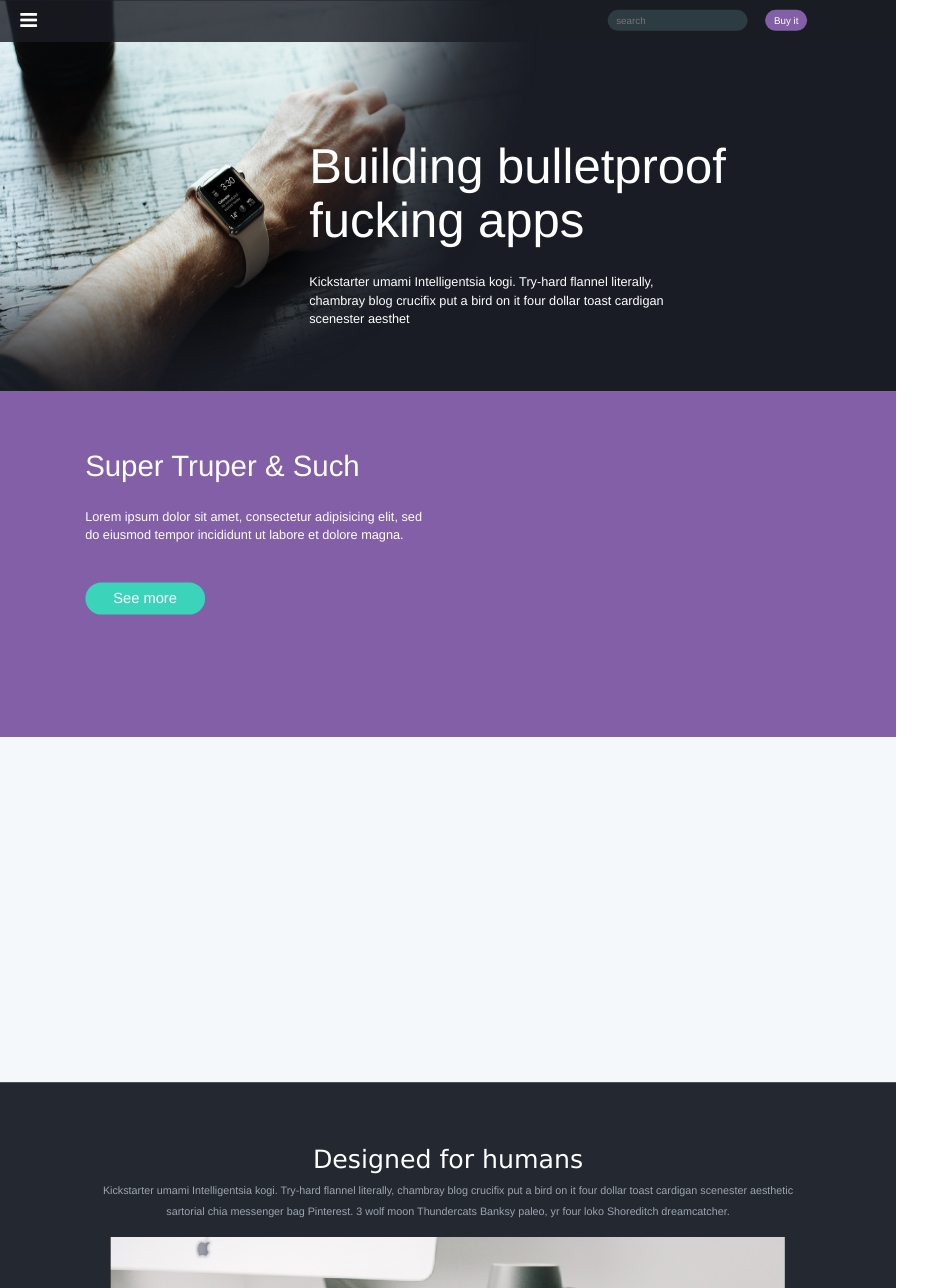
Repository: KatarzynaOwczarska/Tork
Page: Tork/WebContent/index.html
An editor plug-in stored every save of this project. The page is shown before and after the next save, followed by the edit.
The browser window is 1280 px wide. The page is 1321 px wide, so the pictures cover 1321 px, including what lies to the right of the window. The pictures show the part of the page from y = 0 to 1840 px (the page is 4689 px tall), at 70% of full size.
Backgrounds fixed to the window are drawn as part of the page.

Above is the page before, as saved 2017-02-06 13:43:27.

### Tork/WebContent/index.html
<!DOCTYPE html>
<html>
<head>
	<meta charset="UTF-8">
	<title>Tork</title>
	<link rel="stylesheet" type="text/css" href="./css/bootstrap.min.css">
	<link rel="stylesheet" type="text/css" href="./css/style.css">
	<link rel="stylesheet" href="./css/font-awesome.min.css">
	<link rel="stylesheet" href="./css/animate.css" type="text/css">
	<script src="./js/jquery-3.1.1.min.js"></script>
	<script src="./js/bootstrap.min.js"></script>
	<script src="./js/jquery.viewportchecker.min.js"></script>
	<script src="./js/scrollreveal.min.js"></script>
</head>
<body>
<div class="container-fluid">
	<div class="row">
		<div id="zegarek" class="col-xs-12" >
				<header>
					<div id="przesun" class="col-xs-1">
						<span id="nav" class="fa fa-bars fa-2x" aria-hidden="true"></span>
					</div>
					<div class="col-xs-offset-1 col-xs-9 col-lg-offset-7 col-lg-3">
						<input id="search" type="search" placeholder="search">
						<button id="buy-it">Buy it</button>
					</div>
				</header>
			<div class="col-xs-12 col-sm-offset-4 col-sm-6">
				<h1 id="naglowek"> Building bulletproof <br>fucking apps</h1>
				<p id="napis"><br>Kickstarter umami Intelligentsia kogi. Try-hard flannel literally, chambray blog crucifix put a bird on it four dollar toast cardigan scenester aesthet</p>
			</div>
			<div data-animate="bounceInDown"id="telefon" class="col-md-offset-6 col-md-6 hidden-xs hidden-sm">
				<img src="./telefon.png" height="550" width="430">
			</div>
		</div>
	</div>
	<div id=fiolet class="row">
			<div  id="super" class="col-md-5 col-md-offset-1 col-xs-offset-2 col-xs-8">
				<h2 id="super-truper">Super Truper & Such</h2>
				<p id="napis2"><br>Lorem ipsum dolor sit amet, consectetur adipisicing elit, sed do eiusmod tempor incididunt ut labore et dolore magna.</p>
				<button id="przycisk">See more</button>
			</div>
	</div>
	<div id="trzy-kolumny" class="row">
			<div data-animate="fadeIn" class="col-xs-10 col-xs-offset-1">
				<div class="col-xs-12 col-md-4">
					<h2 id="design-features">Design & Features</h2>
					<br>
					<p id="design-features-p">Flannel ennui narwhal, craft beer twee Vice plaid authentic synth.</p>
					<br>
					<p id="miedzy-liniami">Kickstarter umami Intelligentsia kogi. Try-hard flannel literally, chambray blog crucifix put a bird on it four dollar toast cardigan scenester aesthetic sartorial chia messenger bag Pinterest.</p>
					<br>
					<button id="przycisk">See more</button>
				</div>
				<div class="col-xs-12 col-md-4">
					<h2 id="design-features">Design & Features</h2>
					<br>
					<p id="design-features-p">Flannel ennui narwhal, craft beer twee Vice plaid authentic synth.</p>
					<br>
					<p id="miedzy-liniami">Kickstarter umami Intelligentsia kogi. Try-hard flannel literally, chambray blog crucifix put a bird on it four dollar toast cardigan scenester aesthetic sartorial chia messenger bag Pinterest.</p>
					<br>
					<button id="przycisk">See more</button>
				</div>
				<div class="col-xs-12 col-md-4">
					<h2 id="design-features">Design & Features</h2>
					<br>
					<p id="design-features-p">Flannel ennui narwhal, craft beer twee Vice plaid authentic synth.</p>
					<br>
					<p id="miedzy-liniami">Kickstarter umami Intelligentsia kogi. Try-hard flannel literally, chambray blog crucifix put a bird on it four dollar toast cardigan scenester aesthetic sartorial chia messenger bag Pinterest.</p>
					<br>
					<button id="przycisk">See more</button>
				</div>
			</div>
	</div>
	<div id="czarny" class="row">
			<div class="col-xs-offset-1 col-xs-10">
				<h1 id="for-humans">Designed for humans</h1>
				<p id="wysrodkowany">Kickstarter umami Intelligentsia kogi. Try-hard flannel literally, chambray blog crucifix put a bird on it four dollar toast cardigan scenester aesthetic sartorial chia messenger bag Pinterest. 3 wolf moon Thundercats Banksy paleo, yr four loko Shoreditch dreamcatcher.</p>
				<div id="myCarousel" class="carousel slide" data-ride="carousel">
	 				<ol class="carousel-indicators">
					    <li data-target="#myCarousel" data-slide-to="0" class="active"></li>
					    <li data-target="#myCarousel" data-slide-to="1"></li>
					</ol>
	 				<div class="carousel-inner" role="listbox">
	      				<div class="item active">
	        				<img src="./rozowy-obrazek.png">
	        			</div>
	      				<div class="item">
	        				<img src="./komputer.png">
	      				</div>
	    			</div>
				</div>
			</div>
	</div>
	<div id="szary" class="row">
			<div id="margines-ikonki" class="col-xs-10 col-xs-offset-1">
				<div class="col-xs-12 col-md-3">
					<span id="ikonka" class="fa fa-pencil fa-3x" aria-hidden="true"></span>
					<h3>01<span id="span-kolor"> Design</span></h3>
					<br>
					<p id="napis-szary">Scenester PBR deep v jean shorts typewriter. Sustainable keytar Tumblr, authentic mustache locavore scenester gentrify meh banjo fanny pack health goth. Four dollar toast scenester XOXO crucifix, mumblecore banh mi yr cold-pressed Bushwick.</p>
					<p id="test"></p>
				</div>
				<div class="col-xs-12 col-md-3">
					<span id="ikonka" class="fa fa-location-arrow fa-3x" aria-hidden="true"></span>
					<h3>02<span id="span-kolor"> Refinement</span></h3>
					<br>
					<p id="napis-szary">Scenester PBR deep v jean shorts typewriter. Sustainable keytar Tumblr, authentic mustache locavore scenester gentrify meh banjo fanny pack health goth. Four dollar toast scenester XOXO crucifix, mumblecore banh mi yr cold-pressed Bushwick.</p>
				</div>
				<div class="col-xs-12 col-md-3">
					<span id="ikonka" class="fa fa-paint-brush fa-3x" aria-hidden="true"></span>
					<h3>03<span id="span-kolor"> Dive In</span></h3>
					<br>
					<p id="napis-szary">Scenester PBR deep v jean shorts typewriter. Sustainable keytar Tumblr, authentic mustache locavore scenester gentrify meh banjo fanny pack health goth. Four dollar toast scenester XOXO crucifix, mumblecore banh mi yr cold-pressed Bushwick.</p>
				</div>
				<div class="col-xs-12 col-md-3">
					<span id="ikonka" class="fa fa-search fa-3x" aria-hidden="true"></span>
					<h3>04<span id="span-kolor"> Research</span></h3>
					<br>
					<p id="napis-szary">Scenester PBR deep v jean shorts typewriter. Sustainable keytar Tumblr, authentic mustache locavore scenester gentrify meh banjo fanny pack health goth. Four dollar toast scenester XOXO crucifix, mumblecore banh mi yr cold-pressed Bushwick.</p>
				</div>
			</div>
	</div>
	<div id="szary-jasny" class="row">
			<div class="col-xs-12 col-md-4 col-md-offset-1">
				<h1 id="conectivity">Conectivity</h1>
				<p id="napis-zegarek">Flannel ennui narwhal, craft beer twee Vice plaid authentic synth Intelligentsia stumptown gluten-free drinking vinegar Schlitz mixtape.</p>
				<p id="napis-zegarek-maly">Kickstarter umami Intelligentsia kogi. Try-hard flannel literally, chambray blog crucifix put a bird on it four dollar toast cardigan scenester aesthetic sartorial chia messenger bag Pinterest.</p>
				<p id="test2"></p>
			</div>
			<div id="zegarek-czysty" class="col-xs-12 col-md-7"><img id="obrazek" src="./zegarek-czysty.png" height="500" width="788"></div>
	</div>
	<div id="filmik" class="row">
			<div id="padding-telefon" class="col-xs-12 col-md-offset-1 col-md-4"><img src="./telefon-reka.png" height="400" width="500"></div>
			<div id="obok-filmu" class="col-md-7 col-xs-12">
				<div class="col-xs-9 col-xs-offset-1">
					<p id="data">12th June 2015</p>
					<p id="lorem-ipsum">Lorem ipsum dolor sit amet, cotur adipisicing elit sed do eiusmod tempor incididunt ut labore et dolore</p>
				</div>
			</div>
			<div id="komentarze" class="col-xs-12 col-md-4 col-md-offset-1">
				<div class="col-md-11 col-xs-10 col-xs-offset-1">
					<h2>Lorem ipsum dolor sit amet, consectetur adipisicing elit</h2>
					<p>Lorem ipsum dolor sit amet, consectetur adipisicing elit, sed do eiusmod tempor incididunt ut labore et dolore magna aliqua. Ut enim ad minim veniam, quis nostrud exercitation ullamco</p>
					<button id="przycisk" class="visible-xs visible-sm">Read more</button>
				</div>
			</div>
			<div id="telefony" class="col-md-5 hidden-xs hidden-sm"></div>
	</div>
	<div id="reka" class="row">
		<div id="fioletowy-napis" class="col-xs-12 col-md-5">
			<p>Ut enim ad minim veniam, quis nostrud exercitation ullamco laboris. Nisi ut aliquip ex ea commodo.</p>
		</div>
	</div>
	<div id="stopka" class="row">
			<div id="margines" class="col-xs-12 col-md-5 col-md-offset-1">
				<p>Get in touch</p><br>
				<p id="napis-szary">Lorem ipsum dolor sit amet, consectetur adipisicing elit, sed do eiusmod tempor incididunt ut labore et dolore magna aliqua. Ut enim ad minim veniam, quis nostrud exercitation ullamco laboris nisi ut aliquip ex ea commodo consequat.</p>
			</div>
			<div id="margines" class="col-xs-12 col-md-5 col-md-offset-1">
				<p>Stay in touch</p>
				<form action="#" class="form-inline">
					<div class="form-group">
						<div class="input-group">
							<div><input id="pole" type="email" placeholder="Enter your email" class="form-control"></div>
							<div id="submit" class="input-group-addon"><button id="submit" type="submit" value=""><span class="fa fa-check fa-3x"></span></button></div>
						</div>
					</div>
				</form>
				<p id="pod-polem">Lorem ipsum dolor sit amet, consectetur adipisicing elit, <br>sed do eiusmod tempor incididunt ut labore et dolor</p>
			</div>
			<div id="linki" class="col-xs-12 col-md-5 col-md-offset-1">
					<div class="col-xs-4">
						<p>Resources</p>
						<a>Tour</a><br>
						<a>Customers</a><br>
						<a>Pricing and Plans</a><br>
						<a>New Features</a><br>
						<a>Education</a>
					</div>
					<div class="col-xs-4">
						<p>Features</p>
						<a>Tour</a><br>
						<a>Customers</a><br>
						<a>Pricing and Plans</a><br>
						<a>New Features</a><br>
						<a>Education</a>
					</div>
					<div class="col-xs-4">
						<p>How to</p>
						<a>Tour</a><br>
						<a>Customers</a><br>
						<a>Pricing and Plans</a><br>
						<a>New Features</a><br>
						<a>Education</a>
					</div>
				</div>
		</div>
	</div>
	<div id="podpis" class="row">
			<div id="footer" class="col-xs-12">
				<h4  data-animate="fadeInLeft">Made with <i id="serduszko" class="fa fa-heart" aria-hidden="true"></i> by <span id="kasia">Katarzyna Owczarska</span> Jan 2017.</h4>
			</div>
	</div>
	<script>
		$(document).ready(function(){
			$('*[data-animate]').addClass('ukryj').each(function(){
      			$(this).viewportChecker({
        			classToAdd: 'show animated ' + $(this).data('animate'),
        			classToRemove: 'ukryj',
        			offset: '5%'
      			});
    		});
		});

		function check() {
			var scrollPos = controller.info("scrollPos");
			document.getElementById("test").innerHTML = scrollPos;
		}
	</script>
	<script>
    	window.sr = ScrollReveal();
    	sr.reveal('#telefony', {
        	reset: true,
        	delay: 500,
        	distance: 0
    	});
    	sr.reveal('#padding-telefon', {
        	reset: true,
        	delay: 500,
        	distance: 0
    	});
    	sr.reveal('#zegarek-czysty', {
        	reset: true,
        	delay: 500,
        	distance: 0
    	});
    	sr.reveal('#fioletowy-napis', {
        	duration: 1000,
        	delay: 500,
        	easing: 'linear',
    	});
</script>
</body>
</html>

### Tork/WebContent/css/style.css
@CHARSET "UTF-8";

.container-fluid {
	padding: 0px 0px 0px 0px;
}

.row {
	margin: 0px 0px 0px 0px;
}

header {
	height: 60px;
	background-color: transparent;
  	background-color: rgba(25, 28, 36, 0.8);  /* FF3+, Saf3+, Opera 10.10+, Chrome, IE9 */
  	filter: progid:DXImageTransform.Microsoft.gradient(startColorstr=#3332FA32,endColorstr=#3332FA32); /* IE6&#8211;IE9 */
  	zoom: 1;
  	width: 100%;
}

#search {
	background-color: rgb(45,60,66);
	margin-top: 1em;
	border-radius: 50px;
	text-indent: 10px;
	height: 30px;
	width: 200px;
	border: none;
}

#buy-it {
	border-radius: 50px;
	width: 60px;
	height: 30px;
	background-color: rgb(131,95,168);
	color: white;
	border: none;
	margin-left: 1.5em;
}

#nav {
	color: white;
	margin-left: 0.5em;
	margin-top: 0.5em;
}

#zegarek {
	background-color: rgb(25,28,36);
	background-image: url("../zegarek.png");
	background-size: 60% 120%;
	background-repeat: no-repeat;
	background-attachment: fixed;
	padding-right: 0px;
    padding-left: 0px;
}

#telefon {
	position: absolute;
	top: 90%;
}

#naglowek {
	color: white;
	font-size: 5em;
	font-weight: 100;
	margin-top: 2em;
}

#napis {
	color: white;
	font-size: 1.3em;
	margin-right: 5em;
	margin-bottom:5em;
}

#napis2 {
	color: white;
	font-size: 1.3em;
	margin-bottom:3em;
}

#fiolet {
	background-color: rgb(131,95,168);
}

#super-truper {
	color: white;
	margin-top: 2em;
	font-size: 3em;
}

#super {
	margin-bottom: 9.5em;
}

#przycisk {
	border-radius: 50px;
	background-color: rgb(59,211,186);
	border: none;
	padding: 8px 40px;
	color: white;
	font-size: 1.5em;
	margin-bottom: 2em;
	transition-duration:0.5s;
}

#przycisk:hover {
	background-color: rgb(0,188,212);
}

#trzy-kolumny {
	background-color: rgb(244,248,251);
}

#design-features {
	color: rgb(86,86,86);
	margin-top: 3em;
	font-size: 2em;

}

#design-features-p {
	color: rgb(126,126,126);
	font-size: 1.5em;
	font-weight: 100;
	font-family: Arial, Helvetica, sans-serif;
}

#miedzy-liniami {
	line-height: 200%;
	font-family: Verdana, Geneva, sans-serif;
}

#czarny {
	background-color: rgb(35,40,49);
}


#for-humans {
	color: white;
	font-family: Verdana, Geneva, sans-serif;
	text-align: center;
	margin-top: 2.5em;
}

#wysrodkowany {
	color: rgb(157,165,176);
	text-align: center;
	font-size: 1.1em;
	line-height: 200%;
}

.carousel-inner > .item > img,
  .carousel-inner > .item > a > img {
      margin: auto;
      margin-top: 1%;
}

#szary {
	background-color: rgb(43,48,59);
}

#szary h3 {
	color:rgb(51,77,96);
}

#span-kolor {
	color: white;
}

#napis-szary {
	line-height: 200%;
	color: rgb(157,165,176);
}

#margines {
	margin-bottom: 5em;
	margin-top: 1.7em;
}

#ikonka {
	color: rgb(55,156,136);
}

#szary-jasny {
	background-color: rgb(233,238,241);
}

#napis-zegarek {
	color: rgb(117,122,134);
	font-size: 1.2em;
	margin-top: 2em;
	margin-bottom: 2em;
	line-height: 200%;
}

#napis-zegarek-maly {
	line-height: 200%;
}

#conectivity {
	margin-left: 0.5em;
	margin-top: 2.5em;
}

#filmik {
	height: 700px;
	background-color: rgb(244,248,251);
}

#padding-telefon {
	padding: 0px 0px 0px 0px;
}

#zegarek-czysty {
	padding: 0px 0px 0px 0px;
}

#obok-filmu {
	background-color: rgb(131,95,168);
	height: 400px;
	padding: 0px 0px 0px 0px;
}

#data {
	margin-top: 5em;
	color: white;
	font-style: italic;
}

#lorem-ipsum {
	color: white;
	font-style: italic;
	font-size: 2em;
	font-weight: 100;
	font-family: Arial, Helvetica, sans-serif;
}

#komentarze {
	background-color: white;
}

#komentarze h2 {
	font-size: 1.5em;
	margin-top: 2em;
}

#komentarze p {
	margin-top: 1.5em;
	margin-bottom: 8em;
	color: rgb(131,150,162);
}

#telefony {
	background-image: url("../telefony.jpg");
	background-repeat: no-repeat;
	height: 43%;
}

#reka {
	background-color: black;
	background-image: url("../dlugopis.png");
	background-size: 100% 120%;
	background-repeat: no-repeat;
}

#reka div {
	background-color: rgb(131,95,168);
	height: 400px;
	opacity: 0.8;
}

#reka p {
	font-size: 2em;
	font-style: italic;
	color: white;
	margin-top: 4em;
	margin-left: 2em;
}

#stopka {
	background-color: rgb(38,50,56);
	color: white;
}

#margines {
	margin-top: 5em;
	margin-bottom: 0px;
}

#margines-ikonki {
	margin-top: 3em;
	margin-bottom: 3em;
}

#linki {
	margin-bottom: 2em;
}

#linki p {
	font-weight: bold;
	font-size: 13px;
}

#linki a {
	color: white;
	font-size: 12px;
	line-height: 200%;
}

#linki a:hover {
	text-decoration: none;
	cursor: pointer;
}

#pole {
	border: none;
	color: black;
	background-color: rgb(246,247,250);
	text-indent: 10px;
	width: 25em;
	height: 5em;
}

#pole:focus {
	color: black;
}

#submit {
	border: none;
	width: 5em;
	background-color: rgb(131,95,168);
	color: white;
}

#pod-polem {
	margin-top: 1.5em;
	line-height: 200%;
}

#podpis {
	background-color: rgb(23,29,32);
	color: white;
}

#footer {
	margin: 20px 0px 35px 0px;
	text-align: center;
}

#odstep-d {
	height: 500px;
	background-color: grey;

}

.ukryj{
	opacity:0
}

.show {
	opacity: 1;
}

#serduszko {
	color: red;
}

#kasia {
	color: rgb(131,95,168);
}

@media only screen and (max-width: 991px) {
	#super {
		text-align: center;

	}
}

@media only screen and (max-width: 991px) {
	#super-truper {
		margin-top: 2.5em;

	}
}

@media only screen and (max-width: 768px) {
	#naglowek {
		margin-top: 0.5em;

	}

	#zegarek {
		background-size: 100% 120%;
	}

	#obrazek {
		width: 100%;
	}
}

Loaded but not shown: Tork/WebContent/css/bootstrap.min.css (library); Tork/WebContent/css/font-awesome.min.css (library); Tork/WebContent/css/animate.css (library); Tork/WebContent/js/jquery-3.1.1.min.js (library); Tork/WebContent/js/bootstrap.min.js (library); Tork/WebContent/js/jquery.viewportchecker.min.js (common file); Tork/WebContent/js/scrollreveal.min.js (library)

After the next save:
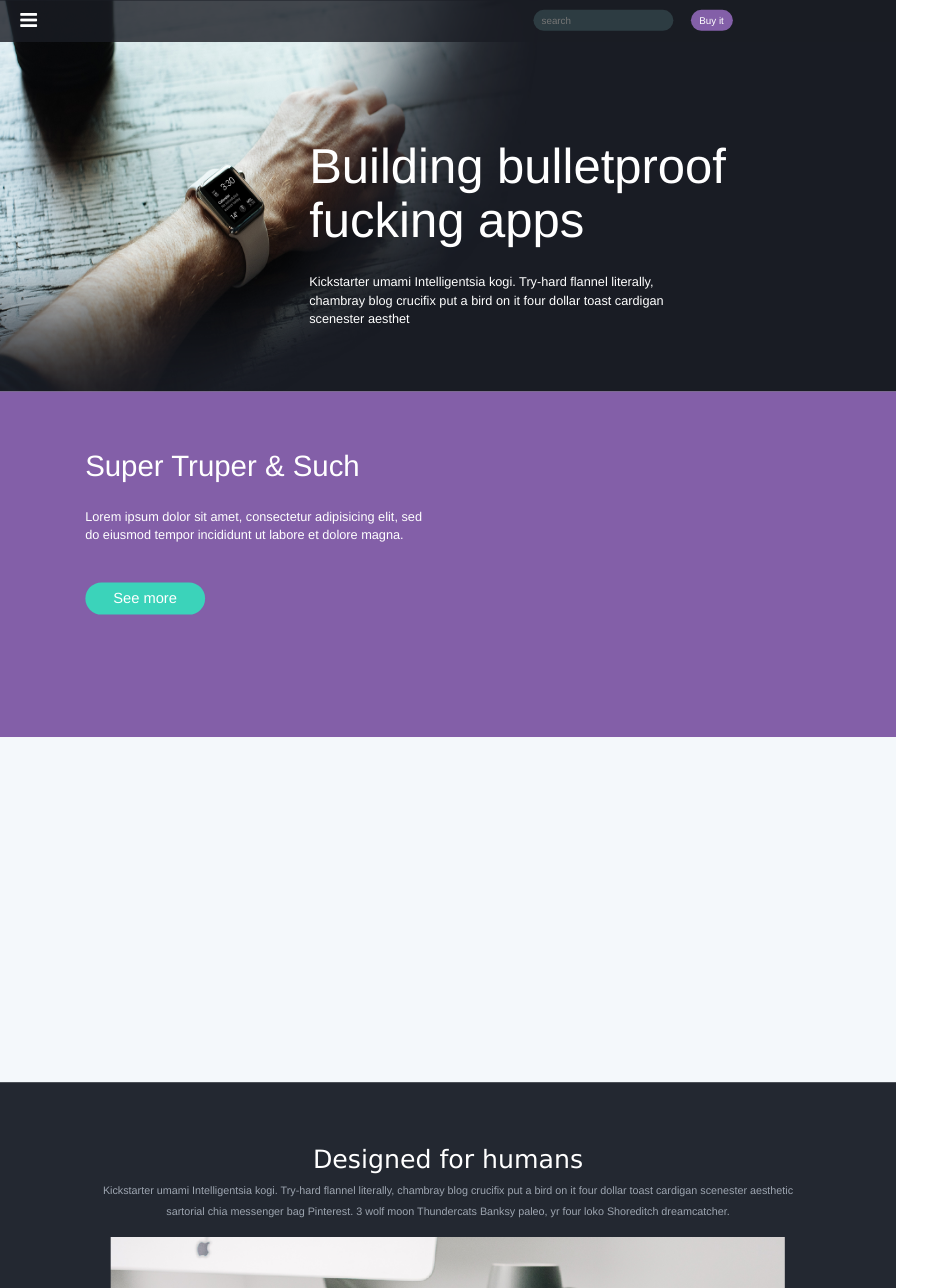
Saved 24 s later.
--- a/Tork/WebContent/css/style.css
+++ b/Tork/WebContent/css/style.css
@@ -15,6 +15,11 @@ header {
   	filter: progid:DXImageTransform.Microsoft.gradient(startColorstr=#3332FA32,endColorstr=#3332FA32); /* IE6&#8211;IE9 */
   	zoom: 1;
   	width: 100%;
+}
+
+#przesun {
+  	position: fixed;
+  	top: 0;
 }
 
 #search {
